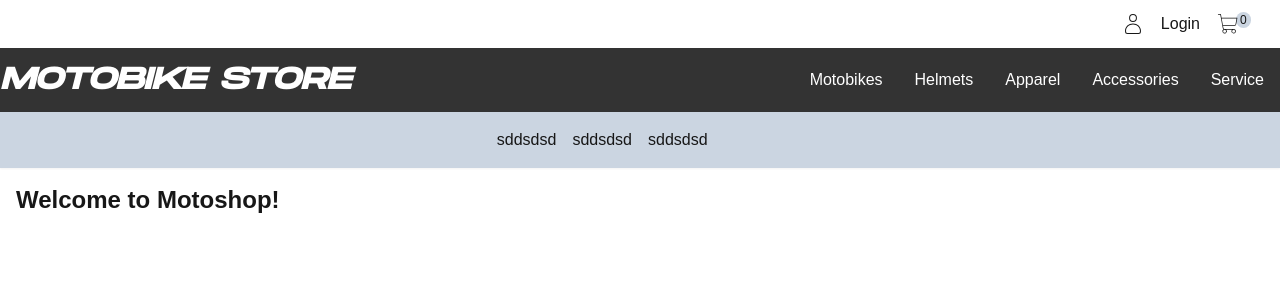
Repository: Than-sothearak/next-motoshop
Page: /
An editor plug-in stored every save of this project. The page is shown before and after the next save, followed by the edit.
The browser window is 1280 px wide. The pictures show the whole page.
The project was rebuilt for these pictures with package versions that can differ from the ones it lists, and the page was loaded fresh each time. The framework's server and built-in components were replaced by stand-ins that run in the browser. Also part of the build but not shown: next.config.mjs.

Above is the page before, as saved 2024-10-10 21:28:26.

### app/layout.js
import localFont from "next/font/local";
import "./globals.css";
import Navbar from "./components/Navbar";

export const metadata = {
  title: "Create Next App",
  description: "Generated by create next app",
};

export default function RootLayout({ children }) {
  return (
    <html lang="en">
      <body

      >
        <Navbar />
        {children}
      </body>
    </html>
  );
}

### app/page.js
export default function Home() {
  return (
    <div className="p-4">
    <h1 className="text-2xl font-bold">Welcome to Motoshop!</h1>
    {/* Product listing here */}
  </div>
  );
}

### app/components/Navbar.js
"use client";
import { PiShoppingCartThin } from "react-icons/pi";
import { CiUser } from "react-icons/ci";
import { usePathname } from "next/navigation";
const links = [
  { title: "Motobikes", link: "/motobike" },
  {
    title: "Helmets",
    link: "/helmets",
    subLink: [{ title: "Fullface", link: "/helmets/fullface" }],
  },
  { title: "Apparel", link: "/apparel" },
  { title: "Accessories", link: "/accessories" },
  { title: "Service", link: "/service" },
];
export default function Navbar() {
  const partName = usePathname();
  console.log(partName);
  return (
    <>
      <div className="flex gap-4 h-12 justify-end px-10 items-center">
        <CiUser size={24} className="cursor-pointer" />
        Login
        <div>
          <div className="relative">
            <p className="absolute bg-slate-300 text-xs rounded-full px-1 left-5">
              0
            </p>
          </div>
          <PiShoppingCartThin size={24} className="relative cursor-pointer" />
        </div>
      </div>
      <nav className="mx-auto text-black bg-black/80 flex justify-between relative">
        <div className="container mx-auto flex justify-between items-center">
          <div className="h-16 flex justify-center items-center">
            <a
              href="/"
              className="italic font-bold text-3xl font-monument text-white uppercase"
            >
              Motobike store
            </a>
          </div>

          <div className="flex text-white">
            {links.map((link) => (
              <div
                key={link.title}
                className={`${
                  partName === link.link ? "bg-black underline" : ""
                } flex gap-4 h-16 px-4 justify-center items-center`}
              >
                <a href={link.link} className="cursor-pointer hover:underline">
                  <h3>{link.title} </h3>
                </a>
              </div>
            ))}
          </div>
        </div>
      </nav>

      <div className="shadow-sm p-4 bg-slate-300 container mx-auto  justify-center flex">
        <div>
          <ul className="grid grid-cols-4 gap-4">
            <a>sddsdsd</a>
            <a>sddsdsd</a>
            <a>sddsdsd</a>
          </ul>
        </div>
      </div>
    </>
  );
}

Loaded but not shown: app/globals.css (common file); tailwind.config.js (common file)

After the next save:
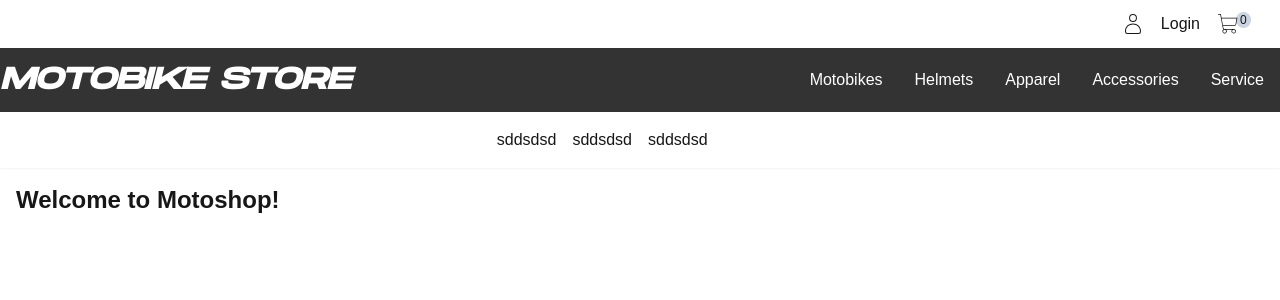
Saved 5 s later.
--- a/app/components/Navbar.js
+++ b/app/components/Navbar.js
@@ -58,7 +58,7 @@ export default function Navbar() {
         </div>
       </nav>
 
-      <div className="shadow-sm p-4 bg-slate-300 container mx-auto  justify-center flex">
+      <div className="shadow-sm p-4 container mx-auto  justify-center flex">
         <div>
           <ul className="grid grid-cols-4 gap-4">
             <a>sddsdsd</a>
